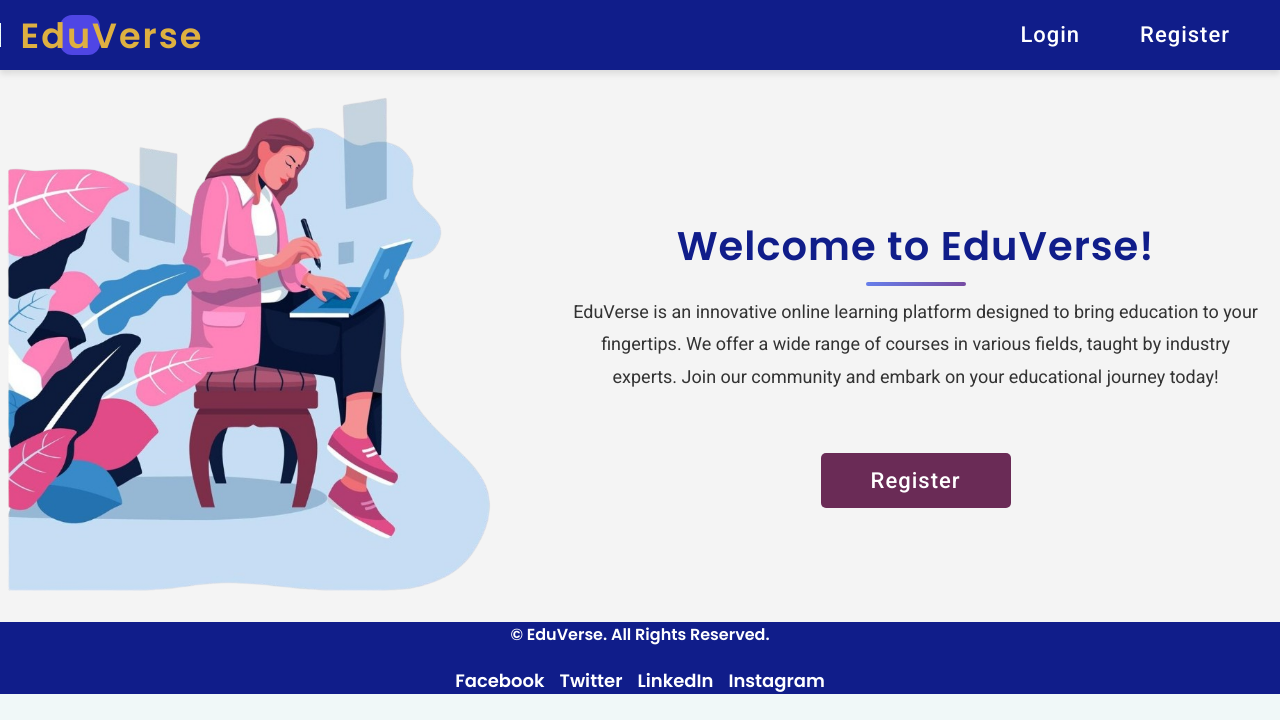
Repository: aviralsaxena16/Eduverse-Elearning-Platform
Page: /
An editor plug-in stored every save of this project. The page is shown before and after a run of saves, followed by the edit.
The browser window is 1280 px wide. The pictures show the whole page.
The project was rebuilt for these pictures with package versions that can differ from the ones it lists, and the page was loaded fresh each time. Also part of the build but not shown: vite.config.js, src/pages/LoginPage/Logout.css, src/pages/LoginPage/Logout.jsx, src/components/Side/Sidebar.css, src/components/Side/Sidebar.jsx, src/components/Navbar2/Navbar2.jsx, src/pages/MainPage/BotPage.jsx, src/pages/MainPage/MainPage.jsx and 19 more. Imported but missing from the stored project, and not drawn on this page: src/config.js, src/pages/Profile/ProfilePic.

Above is the page before, as saved 2025-03-21 18:21:18.

### index.html
<!doctype html>
<html lang="en">
  <head>
    <meta charset="UTF-8" />
    <link rel="icon" type="image/svg+xml" href="https://files.oaiusercontent.com/file-NUiUzAsg2Rnv5fLjRKBuEV?se=2025-01-03T04%3A50%3A28Z&sp=r&sv=2024-08-04&sr=b&rscc=max-age%3D604800%2C%20immutable%2C%20private&rscd=attachment%3B%20filename%3D9718d2ac-9ef9-426d-92ea-ecf0daa195a5.webp&sig=QLeTMO/ZWDLyk/UBXh9xFU5B15z5Ib/wuNILqFuiQV8%3D" />
    <meta name="viewport" content="width=device-width, initial-scale=1.0" />
    <link href="https://fonts.googleapis.com/css2?family=Poppins:wght@600&family=Roboto:wght@400;500&display=swap" rel="stylesheet">

    <title>EduVerse</title>
  </head>
  <body>
    <div id="root"></div>
    <script type="module" src="/src/main.jsx"></script>
  </body>
</html>

### src/App.jsx
//import LandingPage from './components/landingPage/LandingPage';
import { BrowserRouter } from 'react-router-dom';
import Routers from './routers/Routers.jsx';
import { AuthProvider } from './context/context.jsx';
const App = () => {
  return (
    <AuthProvider>
    <BrowserRouter>
    <Routers/>
    </BrowserRouter>
    </AuthProvider>
  )
}

export default App

### src/routers/Routers.jsx
import { Routes, Route} from 'react-router-dom';
import LandingPage from '../pages/landingPage/LandingPage.jsx';
import MainPage from '../pages/MainPage/MainPage.jsx';
import GamePage from '../pages/MainPage/GamePage.jsx';
import CoursePage from '../pages/MainPage/CoursePage.jsx';
import QuizPage from '../pages/MainPage/QuizPage/QuizPage.jsx';
import NotificationPage from '../pages/MainPage/NotificationPage.jsx';
import Login from '../pages/LoginPage/Login.jsx';
import Signup from '../pages/SignUp/Signup.jsx';
import Ques from '../pages/MainPage/QuizPage/Ques.jsx';
import ChatRoom from '../pages/MainPage/chatroom/ChatRoom.jsx';
import ProtectedRoute from './ProtectedRoute.jsx';
import VideoDetails from '../pages/MainPage/VideoDetails.jsx';
import Logout from '../pages/LoginPage/Logout.jsx';
import Game_H1 from '../pages/Game/Game_H1.jsx';
import Tictac from '../pages/Game/Tictac.jsx';
import Profile from '../pages/MainPage/Profile.jsx';
const Routers = () => {
  return (
    <Routes>
    <Route path="/" element={<LandingPage />} />
    <Route path="/login" element={<Login />} />
    <Route path="/register" element={<Signup />} />

    {/* Main Routes */}
    <Route path="/home" element={
          <ProtectedRoute>
            <MainPage />
          </ProtectedRoute>
        } />
    <Route path="/home/notification" element={
          <ProtectedRoute>
            <NotificationPage />
          </ProtectedRoute>
        } />
    <Route path="/home/course" element={
          <ProtectedRoute>
            <CoursePage />
          </ProtectedRoute>
        } />

<Route path="/home/course/video/:videoId" element={
          <ProtectedRoute>
            <VideoDetails />
          </ProtectedRoute>
        } />
    <Route path="/home/chat" element={
          <ProtectedRoute>
            <ChatRoom />
          </ProtectedRoute>
        } />
    <Route path="/home/quiz" element={
          <ProtectedRoute>
            <QuizPage />
          </ProtectedRoute>
        } />
    <Route path="/quiz/:id" element={
          <ProtectedRoute>
            <Ques />
          </ProtectedRoute>
        } />

<Route path="/logout" element={
          <ProtectedRoute>
            <Logout />
          </ProtectedRoute>
        } />
<Route path="/home/games" element={
          <ProtectedRoute>
            <GamePage />
          </ProtectedRoute>
        } />
      <Route path="/home/games/rock-paper-scissors" element={
          <ProtectedRoute>
            <Game_H1 />
          </ProtectedRoute>
        } />

<Route path="/home/games/tictac" element={
          <ProtectedRoute>
            <Tictac />
          </ProtectedRoute>
        } />
        <Route path="/home/profile" element={
          <ProtectedRoute>
           <Profile/>
          </ProtectedRoute>
        } />
  </Routes>


  );
};

export default Routers;

### src/context/context.jsx
import { createContext, useState, useContext } from 'react';

const AuthContext = createContext(null);

export const AuthProvider = ({ children }) => {
  const [isAuthenticated, setIsAuthenticated] = useState(false);

  const login = () => setIsAuthenticated(true);
  const logout = () => setIsAuthenticated(false);

  return (
    <AuthContext.Provider value={{ isAuthenticated, login, logout }}>
      {children}
    </AuthContext.Provider>
  );
};

export const useAuth = () => useContext(AuthContext);

### src/pages/landingPage/LandingPage.jsx

import Navbar from "./Navbar";
import Body from "./Body";
import Footer from "./Footer";

const LandingPage = () => {
  return (
    <div className="landing-page">
      <Navbar/>
      <Body/>
      <Footer/>
    </div>
  );
};

export default LandingPage;

### src/pages/landingPage/Navbar.jsx
import { useState } from "react";
import { NavLink } from "react-router-dom";
import "./Navbar.css";
import logo from '../../assets/Logo.png';

const Navbar = () => {
  const [isMenuOpen, setIsMenuOpen] = useState(false);

  const toggleMenu = () => {
    setIsMenuOpen(!isMenuOpen);
  };

  const closeMenu = () => {
    setIsMenuOpen(false);
  };

  return (
    <nav className={`navbar ${isMenuOpen ? 'menu-active' : ''}`}>
      <div className="logo">
        <img src={logo} className="img" alt="EduVerse Logo" />
        EduVerse
      </div>

      <div className="menu-toggle" onClick={toggleMenu}>
        <span></span>
        <span></span>
        <span></span>
      </div>

      <ul className="nav-links">
        <li>
          <NavLink
            to="/login"
            className="nav-link"
            onClick={closeMenu}
          >
            Login
          </NavLink>
        </li>
        <li>
          <NavLink
            to="/register"
            className="nav-link"
            onClick={closeMenu}
          >
            Register
          </NavLink>
        </li>
      </ul>
    </nav>
  );
};

export default Navbar;

### src/pages/landingPage/Body.jsx

import { NavLink } from "react-router-dom";
import "./Body.css";

import cover from "../../assets/no_bg.png"; // Import the cover image
const Body = () => {
  return (
    <div className="body-section">
      <div className="image-section">
        {/* Use the imported cover image */}
        <img src={cover} alt="Cover" className="cover-image" />
      </div>
      <div className="intro">
        <h1>Welcome to EduVerse!</h1>
        <p>

          EduVerse is an innovative online learning platform designed to bring education to your fingertips. We offer a wide range of courses in various fields, taught by industry experts.  Join our community and embark on your educational journey today!
        </p>
        <button className="sign-in-btn"> <NavLink to="/register" className="nav-link" activeClassName="active">
            Register
          </NavLink></button>

      </div>
    </div>
  );
};

export default Body;

### src/pages/landingPage/Footer.jsx
import "./Footer.css";

const Footer = () => {
  return (
    <footer className="footer">
      <div className="footer-content">
        <p className="footer-text">© EduVerse. All Rights Reserved.</p>
        <span className="social-links">
          <a href="https://www.facebook.com" className="social-icon" target="_blank" rel="noopener noreferrer">Facebook</a>
          <a href="https://twitter.com" className="social-icon" target="_blank" rel="noopener noreferrer">Twitter</a>
          <a href="https://www.linkedin.com" className="social-icon" target="_blank" rel="noopener noreferrer">LinkedIn</a>
          <a href="https://www.instagram.com" className="social-icon" target="_blank" rel="noopener noreferrer">Instagram</a>
        </span>
      </div>
    </footer>
  );
};

export default Footer;

### src/pages/MainPage/QuizPage/quiz.css
.quiz-page {
  display: grid;
  grid-template-columns: repeat(auto-fill, minmax(280px, 1fr));
  gap: 2rem;
  padding: 2rem;
  max-width: 1600px;
  margin: 0 auto;
}


h1 {
  text-align: center;
  margin: 2rem 0;
  color: #2d3748;
  font-size: 2.5rem;
  font-weight: 700;
  position: relative;
}

h1::after {
  content: '';
  position: absolute;
  bottom: -10px;
  left: 50%;
  transform: translateX(-50%);
  width: 100px;
  height: 4px;
  background: linear-gradient(90deg, #667eea, #764ba2);
  border-radius: 2px;
}

.cardd {
  border-radius: 12px;
  overflow: hidden;
  box-shadow: 0 10px 20px rgba(0,0,0,0.1);
  transition: all 0.3s ease;
  cursor: pointer;
  position: relative;
  height: 250px;
}

.cardd:hover {
  transform: translateY(-10px);
  box-shadow: 0 15px 30px rgba(0,0,0,0.2);
}

.cardd::before {
  content: '';
  position: absolute;
  inset: 0;
  background: linear-gradient(to top, rgba(0,0,0,0.8) 0%, rgba(0,0,0,0) 60%);
  z-index: 1;
  opacity: 0.8;
  transition: opacity 0.3s ease;
}

.cardd:hover::before {
  opacity: 0.9;
}

/* Media Queries for Different Screen Sizes */
@media (max-width: 1200px) {
  .quiz-page {
    grid-template-columns: repeat(auto-fill, minmax(250px, 1fr));
    padding: 1.5rem;
  }
}

@media (max-width: 768px) {
  .quiz-page {
    grid-template-columns: repeat(auto-fill, minmax(220px, 1fr));
    gap: 1.5rem;
    padding: 1rem;
  }

  h1 {
    font-size: 2rem;
    margin: 1.5rem 0;
  }
}

@media (max-width: 480px) {
  .quiz-page {
    grid-template-columns: 1fr;
    gap: 1.2rem;
  }

  .cardd {
    height: 200px;
  }

  h1 {
    font-size: 1.8rem;
    margin: 1rem 0;
  }

  h1::after {
    width: 80px;
    height: 3px;
  }
}

/* Additional Styles for Your Card Component */
/* These would integrate with your Card component */
.card-title {
  position: absolute;
  bottom: 20px;
  left: 20px;
  color: white;
  font-size: 1.4rem;
  font-weight: 600;
  z-index: 2;
  transition: transform 0.3s ease;
}

.cardd:hover .card-title {
  transform: translateY(-5px);
}

.card-image {
  width: 100%;
  height: 100%;
  object-fit: cover;
  transition: transform 0.5s ease;
}

.cardd:hover .card-image {
  transform: scale(1.1);
}

### src/pages/Game/Game_H1.css
/* General Styling */
body {
    font-family: Arial, sans-serif;
    background-color: #f0f8f8;
    margin: 0;
    padding: 0;
  }

  /* Game Container */
  .game-container {
    min-height: 100vh;
          display: flex;
          flex-direction: column;
          align-items: center;
          background: #0f0c29;
          position: relative;
          overflow: hidden;
          padding: 40px 20px;
          text-align: center;
          font-family: 'Poppins', sans-serif;
  }

  /* Title */
  .game-title {
    color: #101d8a;
    font-size: 24px;
    font-weight: bold;
    margin-bottom: 20px;
  }

  /* Choices */
  .choices-container {
    display: flex;
    justify-content: center;
    gap: 15px;
    margin-bottom: 20px;
  }
  .choice-button { background: white; border: 2px solid #ddd; width: 200px; height: 200px; display: flex; justify-content: center; align-items: center; cursor: pointer; transition: all 0.3s ease; padding: 1rem; }

.choice-button:hover { transform: scale(1.1); border-color: #007bff; box-shadow: 0 6px 12px rgba(0, 0, 0, 0.1); }

.choice-image { width: 100%; height: 100%; }

.score-container { display: flex; justify-content: center; gap: 4rem; margin-bottom: 2rem; }



.score {
  text-align: center;
  padding: 1rem 2rem;
  border-radius: 8px;
  background-color: white;
  box-shadow: 0 2px 4px rgba(0, 0, 0, 0.1);
}

.score p:first-child {
  font-size: 2.5rem;
  font-weight: bold;
  margin: 0;
  color: #007bff;
}

.score p:last-child {
  margin: 0;
  color: #555;
  font-weight: bold;
}

.message-container {
  padding: 1rem;
  background-color: white;
  border-radius: 8px;
  box-shadow: 0 2px 4px rgba(0, 0, 0, 0.1);
}

.message-container p {
  font-size: 1.2rem;
  color: #333;
  margin: 0;
  font-weight: 500;
}

### src/pages/MainPage/Profile.css
:root {
  --primary-blue: #101d8a;
  --secondary-blue: #1a2ba3;
  --light-blue: #f0f2ff;
  --text-dark: #1a1a2e;
  --text-light: #4a4a68;
  --border-radius: 12px;
  --box-shadow: 0 10px 25px rgba(16, 29, 138, 0.15);
}

.profile-page-container {
  margin: auto;
  width: 60vw;
  max-width: 900px;
  background: white;
  border-radius: var(--border-radius);
  box-shadow: var(--box-shadow);
  padding: 2rem;
  text-align: center;
}

/* HEADER SECTION */
.profile-header {
  display: flex;
  align-items: center;
  justify-content: space-between;
  background: linear-gradient(135deg, var(--primary-blue), var(--secondary-blue));
  color: white;
  padding: 2rem;
  border-radius: var(--border-radius);
  text-align: left;
  position: relative;
}

.profile-info {
  display: flex;
  align-items: center;
  gap: 1rem;
}

/* PROFILE PICTURE */

/* PROFILE INFO CONTAINER */
.profile-info {
  display: flex;
  align-items: center;
  gap: 1.5rem; /* Adjusted spacing */
}


/* USER DETAILS */
.user-details {
  display: flex;
  flex-direction: column;
}

.user-details h2 {
  margin: 0;
  font-size: 1.8rem;
}

.email-link a {
  color: yellow;
  font-size: 1rem;
  text-decoration: none;
}

.email-link a:hover {
  text-decoration: underline;
}

/* PROFILE DETAILS SECTION */
.profile-details {
  margin-top: 2rem;
  text-align: left;
}

.profile-details label {
  font-weight: bold;
  display: block;
  margin-bottom: 0.3rem;
}

.profile-details p {
  background: var(--light-blue);
  padding: 0.7rem;
  border-radius: 8px;
}

/* BUTTON STYLING */
.button-container {
  display: flex;
  gap: 15px; /* Adjust spacing between buttons */
}

.edit-button,
.save-button {
  margin-top: 1rem;
  background-color: var(--primary-blue);
  color: white;
  border: none;
  padding: 0.6rem 1.5rem;
  border-radius: 8px;
  cursor: pointer;
  transition: all 0.3s ease;
}

.edit-button:hover,
.save-button:hover {
  background-color: var(--secondary-blue);
  transform: translateY(-2px);
}

### src/pages/landingPage/Navbar.css
/* Navbar.css */
.navbar {
  display: flex;
  justify-content: space-between;
  align-items: center;
  padding: 15px 30px;
  background-color: #101d8a; /* Blue background */
  color: white;
  box-shadow: 0 4px 6px rgba(0, 0, 0, 0.1);
  position: relative;
}

.img {
  margin-left: 20px;
  margin-right: 20px;
  height: 40px; /* Adjust based on your logo size */
  vertical-align: middle;
}

.navbar .logo {
  display: flex;
  align-items: center;
  font-family: 'Poppins', sans-serif;
  font-size: 35px;
  font-weight: 600;
  color: #DEB041; /* Gold color for logo */
  letter-spacing: 2px;
  margin-left: 30px;
}

.nav-links {
  list-style: none;
  display: flex;
  gap: 20px;
  margin: 0;
  padding: 0;
}

.nav-link {
  text-decoration: none;
  color: white;
  font-family: 'Roboto', sans-serif;
  font-size: 22px;
  font-weight: 500;
  padding: 10px 20px;
  border-radius: 5px;
  transition: background-color 0.3s ease, color 0.3s ease;
  letter-spacing: 1px;
}

.nav-link:hover {
  background-color: #6A2B56; /* Purple hover effect */
}

.active {
  background-color: #DEB041; /* Gold active link color */
  color: #101d8a; /* Change text color for better contrast */
}

/* Hamburger menu button - hidden by default on desktop */
.menu-toggle {
  display: none;
  flex-direction: column;
  justify-content: space-between;
  width: 30px;
  height: 21px;
  cursor: pointer;
  z-index: 100;
}

.menu-toggle span {
  display: block;
  height: 3px;
  width: 100%;
  background-color: white;
  border-radius: 3px;
  transition: all 0.3s ease;
}

/* Media query for tablet and mobile screens */
@media screen and (max-width: 768px) {
  .navbar {
    padding: 15px 20px;
  }

  .navbar .logo {
    font-size: 28px;
  }

  .menu-toggle {
    display: flex; /* Show hamburger on mobile */
  }

  /* When menu is active, transform hamburger to X */
  .menu-active .menu-toggle span:nth-child(1) {
    transform: translateY(9px) rotate(45deg);
  }

  .menu-active .menu-toggle span:nth-child(2) {
    opacity: 0;
  }

  .menu-active .menu-toggle span:nth-child(3) {
    transform: translateY(-9px) rotate(-45deg);
  }

  .nav-links {
    position: absolute;
    top: 70px;
    left: 0;
    right: 0;
    flex-direction: column;
    background-color: #101d8a;
    align-items: center;
    gap: 0;
    max-height: 0;
    overflow: hidden;
    transition: max-height 0.5s ease;
    z-index: 99;
    box-shadow: 0 4px 6px rgba(0, 0, 0, 0.1);
  }

  /* Show menu when active */
  .menu-active .nav-links {
    max-height: 300px;
    padding: 10px 0;
  }

  .nav-link {
    width: 100%;
    text-align: center;
    padding: 15px 0;
    font-size: 18px;
  }
}

/* Further adjustments for very small screens */
@media screen and (max-width: 480px) {
  .navbar .logo {
    font-size: 24px;
  }

  .img {
    margin-left: 10px;
    margin-right: 10px;
    height: 30px; /* Smaller logo on very small screens */
  }
}

### src/pages/landingPage/Body.css
/* Body.css */
.body-section {
  display: flex;
  flex-direction: row;
  justify-content: space-between;
  align-items: center;

  background-color: #f4f4f4;
  padding: 0; /* Remove extra padding from body */
  margin: 0; /* Remove margin */
}

.image-section {
  flex: 0.8;
  display: flex;
  align-items: flex-start;
  margin: 0; /* Remove any margin */
  padding: 0; /* Remove padding */
}

.cover-image {
  width: 100%;
  height: auto;
  margin: 0; /* Remove margin */
  padding: 0; /* Remove padding */

}

.cover-image::after {
  content: "";
  position: absolute;
  top: 0;
  left: 0;
  right: 0;
  bottom: 0;
  background: rgba(0, 0, 0, 0.4); /* Dark overlay for better text readability */
  border-radius: 10px;
}

.intro {
  flex: 1;
  padding: 20px;
  text-align: left;
  z-index: 10;
  display: flex;
  flex-direction: column;
  justify-content: center;
  align-items: center;
}

.intro h1 {
  font-family: 'Poppins', sans-serif;
  font-size: 40px;
  font-weight: 600;
  color: #101d8a;
  letter-spacing: 1px;
  margin-bottom: 20px;
}

.intro p {
  font-family: 'Roboto', sans-serif;
  font-size: 18px;
  color: #333;
  line-height: 1.8;
  margin-bottom: 40px;
  text-align: center; /* Center the text */
}

.sign-in-btn {
  padding: 15px 30px;
  background-color: #6A2B56; /* Purple button */
  color: white;
  border: none;
  border-radius: 5px;
  font-family: 'Roboto', sans-serif;
  font-size: 18px;
  cursor: pointer;
  transition: all 0.3s ease;
  letter-spacing: 1px;
  margin-top: 20px; /* Space above the button */
}

.sign-in-btn:hover {
  background-color: #DEB041; /* Gold hover effect */
  transform: scale(1.05);
  box-shadow: 0 4px 8px rgba(0, 0, 0, 0.2);
}

.sign-in-btn .nav-link {
  color: white;
  text-decoration: none;
}

.sign-in-btn .nav-link:hover {
  color: white;
}
@media (max-width: 1024px) {
  .body-section {
    flex-direction: column;
    align-items: center;
    text-align: center;
  }

  .image-section {
    flex: 1;
    justify-content: center;
  }

  .intro {
    flex: 1;
    padding: 15px;
    text-align: center;
  }

  .intro h1 {
    font-size: 35px;
  }

  .intro p {
    font-size: 16px;
  }

  .sign-in-btn {
    font-size: 16px;
    padding: 12px 25px;
  }
}

@media (max-width: 768px) {
  .intro h1 {
    font-size: 28px;
  }

  .intro p {
    font-size: 14px;
    margin-bottom: 30px;
  }

  .sign-in-btn {
    font-size: 14px;
    padding: 10px 20px;
  }
}

@media (max-width: 480px) {
  .body-section {
    flex-direction: column;
    padding: 10px;
  }

  .intro h1 {
    font-size: 24px;
  }

  .intro p {
    font-size: 14px;
  }

  .sign-in-btn {
    font-size: 14px;
    padding: 8px 16px;
  }
}

### src/pages/landingPage/Footer.css
/* Footer.css */
.footer {
  background-color: #101d8a; /* Teal background */
  color: white;

  text-align: center;
}

.footer-text {
  font-size: 16px;
  font-weight: 400;
  margin-bottom: 20px;
}

.social-links {
  display: flex;
  justify-content: center;
  gap: 15px;
}

.social-icon {
  color: white;
  font-size: 18px;
  text-decoration: none;
  transition: color 0.3s ease;
}

.social-icon:hover {
  color: #DEB041; /* Gold color on hover */
}

@media (max-width: 768px) {
  .footer-text {
    font-size: 14px;
    margin-bottom: 15px;
  }

  .social-links {
    gap: 10px;
  }

  .social-icon {
    font-size: 16px;
  }
}

@media (max-width: 480px) {
  .footer {
    padding: 15px;
  }

  .footer-text {
    font-size: 12px;
    margin-bottom: 10px;
  }

  .social-icon {
    font-size: 14px;
  }
}

### src/components/Navbar2/Navbar2.css
/* Navbar2.css */

body {
  margin: 0;
  font-family: 'Poppins', sans-serif;
}

nav {
  background:  #101d8a; /* Solid teal background */
  color: white;
  padding: 10px 20px;
  box-shadow: 0 4px 8px rgba(0, 0, 0, 0.2);
  position: sticky;
  top: 0;
  z-index: 1000;
}

.Nav2 {
  display: flex;
  align-items: center;
  justify-content: space-between;
  list-style: none;
  margin: 0;
  padding: 0;
}

.Nav2 li {
  display: inline-flex;
  align-items: center;
  justify-content: center;
  color: white;
  cursor: pointer;
  font-size: 24px;
  /* padding: 10px; */
  transition: all 0.3s ease;
}

.Nav2 li:hover {
  color: #DEB041; /* Gold hover effect */
}

.bars {
  font-size: 26px;
  margin-right: 85vw;
}

.search-container {
  display: flex;
  align-items: center;
  flex-grow: 1;
  margin: 0 20px;
}

.search-icon {
  font-size: 20px;
  color: white;
  margin-right: 8px;
}

.search-bar {
  width: 100%;
  max-width: 300px;
  padding: 8px 12px;
  font-size: 16px;
  border: 1px solid transparent;
  border-radius: 20px;
  background: rgba(255, 255, 255, 0.1);
  color: white;
  outline: none;
  transition: background 0.3s ease, box-shadow 0.3s ease;
}

.search-bar::placeholder {
  color: rgba(255, 255, 255, 0.6);
}

.search-bar:focus {
  background: white;
  color: #333;
  box-shadow: 0 0 8px rgba(255, 255, 255, 0.6);
}

.home, .profile {
  font-size: 26px;
}

.home{
  margin-right:0px;
}

@media screen and (max-width: 768px) {
  nav {
    background: #101d8a;
    color: white;
    padding: 10px 20px;
    box-shadow: 0 4px 8px rgba(0, 0, 0, 0.2);
    position: sticky;
    top: 0;
    z-index: 1000;
    width: 100%;
    box-sizing: border-box;
  }

  .Nav2 {
    flex-direction: row;
    gap: 5px;
    justify-content: space-between;
    width: 100%;
  }

  .search-container {
    flex-grow: 1;
    width: auto;
    margin: 0 10px;
  }

  .search-bar {
    max-width: 150px;
  }

  .bars {
    font-size: 20px;
    margin-right: 0;
  }

  .home, .profile {
    font-size: 20px;
    display: flex;
  }
}
/* Add a smaller breakpoint for very small screens */
@media screen and (max-width: 480px) {
  .search-bar {
    max-width: 120px;
  }

  .bars,
  .home,
  .profile {
    font-size: 18px;
  }
}

Loaded but not shown: src/main.jsx (common file); src/pages/LoginPage/Login.css (390 lines, source omitted); src/pages/MainPage/QuizPage/quiz_ques.css (227 lines, source omitted); src/index.css (no stored copy; drawn as an empty file)

After the next 2 saves:
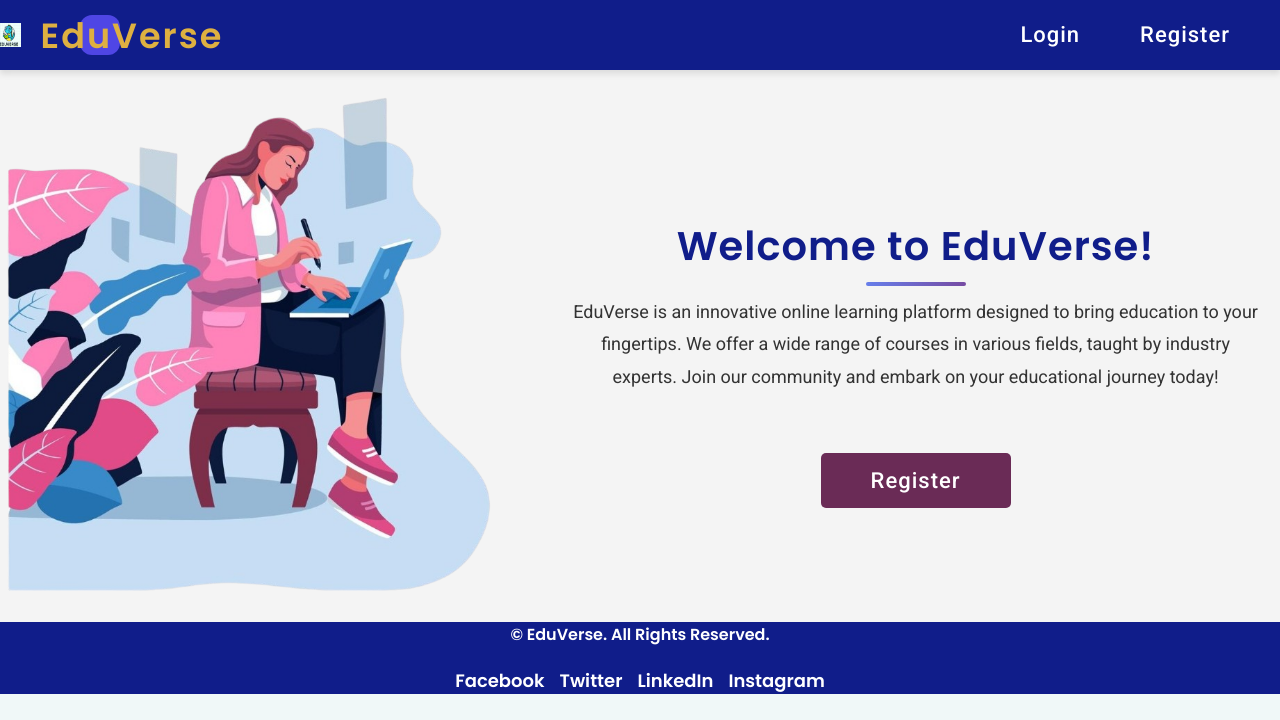
The 2 saves are shown as one change because they came seconds apart.
The last was saved 13 s later.
--- a/src/pages/landingPage/Navbar.css
+++ b/src/pages/landingPage/Navbar.css
@@ -25,7 +25,7 @@
   font-weight: 600;
   color: #DEB041; /* Gold color for logo */
   letter-spacing: 2px;
-  margin-left: 30px;
+  margin-left: 50px;
 }
 
 .nav-links {
